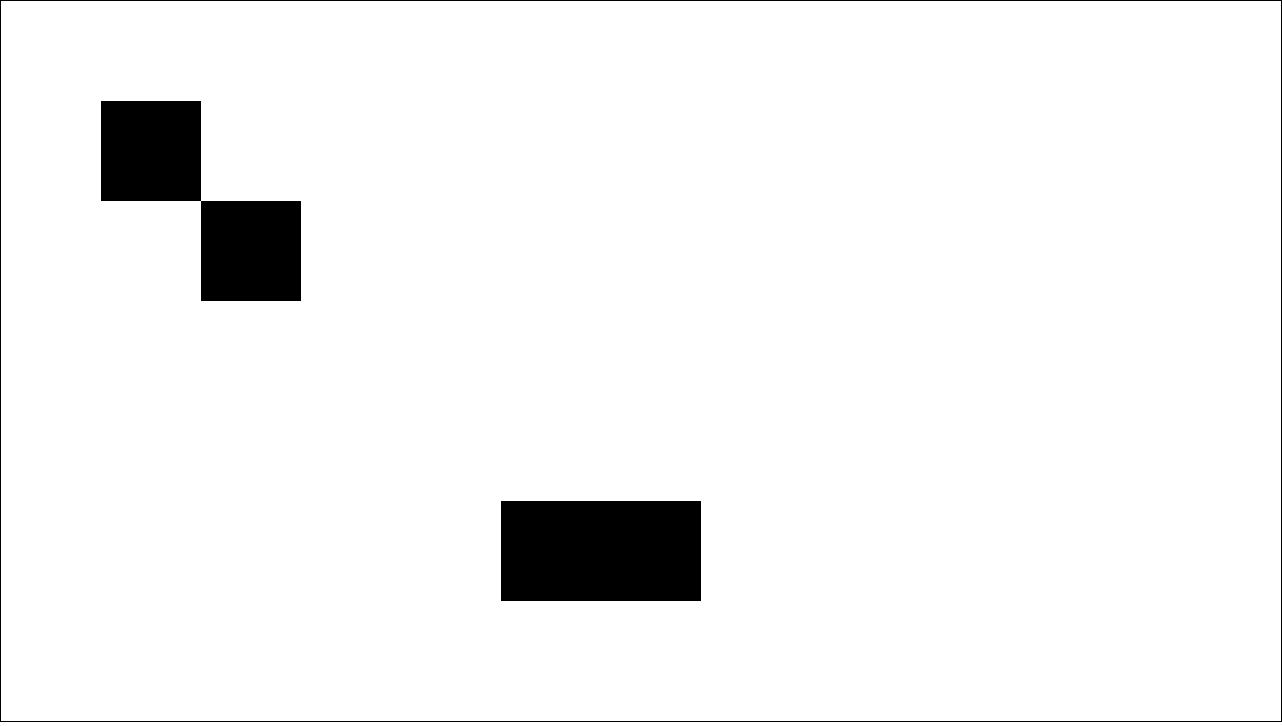
Repository: badhon252/Javascript-practice
Page: 1projects/JavaScript30/08 - Fun with HTML5 Canvas/index-START.html
The author's editor kept a copy of each file at every save. The page is drawn from the files as they stood at one save, then again after the next save.
The browser window is 1280 px wide. The page is 1282 px wide, so the pictures cover 1282 px, including what lies to the right of the window. The pictures show the whole page.

Above is the page before, as saved 2022-12-02 23:29:58.

### 1projects/JavaScript30/08 - Fun with HTML5 Canvas/index-START.html
<!DOCTYPE html>
<html lang="en">

<head>
    <meta charset="UTF-8">
    <title>HTML5 Canvas</title>
</head>

<body>
    <canvas id="draw" width="800" height="800"></canvas>
    <script>
    </script>

    <style>
        html,
        body {
            margin: 0;
            padding: 0;
        }

        #draw {
            border: 1px solid black;
        }
    </style>

    <script>
        console.log("first")
        const canvas = document.querySelector("#draw");
        const ctx = canvas.getContext("2d")

        canvas.width = window.innerWidth;
        canvas.height = window.innerHeight;

        // ctx.fillRect(x, y, width, height)
        ctx.fillRect(100, 100, 100, 100);
        ctx.fillRect(200, 200, 100, 100);
        ctx.fillRect(500, 500, 200, 100);
    </script>
</body>

</html>

After the next save:
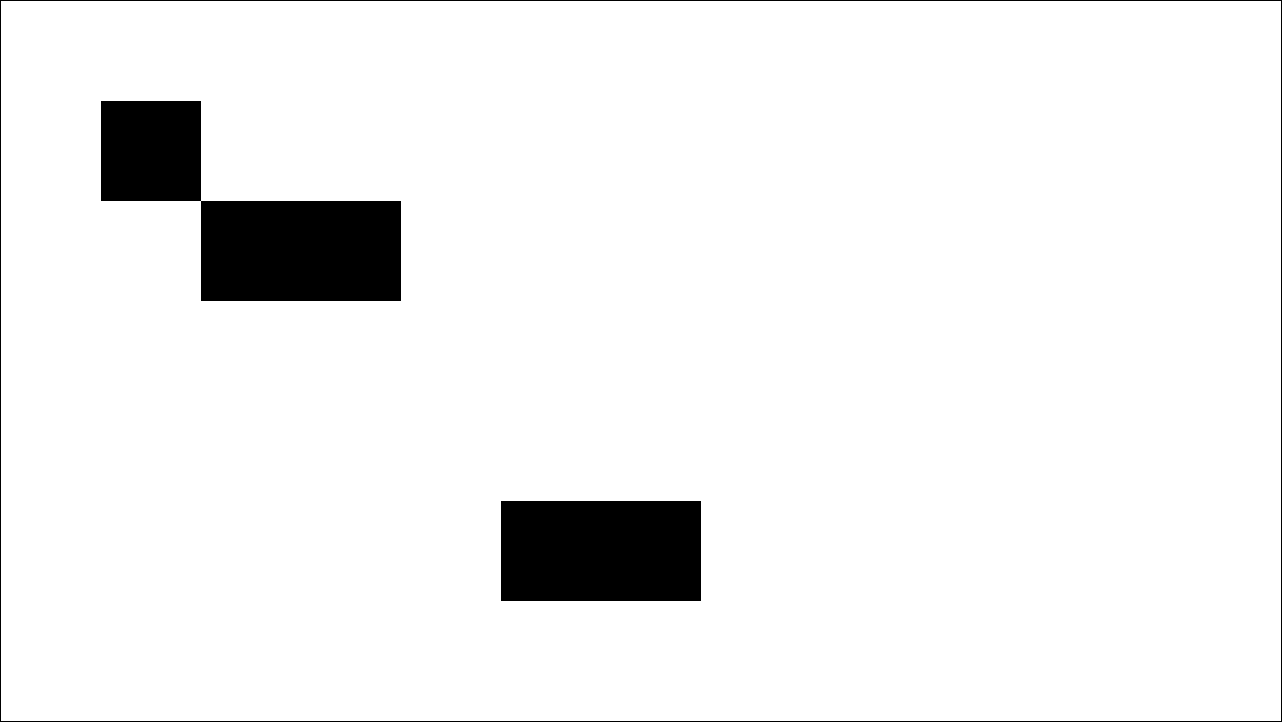
Saved 6 s later.
--- a/1projects/JavaScript30/08 - Fun with HTML5 Canvas/index-START.html
+++ b/1projects/JavaScript30/08 - Fun with HTML5 Canvas/index-START.html
@@ -33,7 +33,7 @@
 
         // ctx.fillRect(x, y, width, height)
         ctx.fillRect(100, 100, 100, 100);
-        ctx.fillRect(200, 200, 100, 100);
+        ctx.fillRect(200, 200, 200, 100);
         ctx.fillRect(500, 500, 200, 100);
     </script>
 </body>
